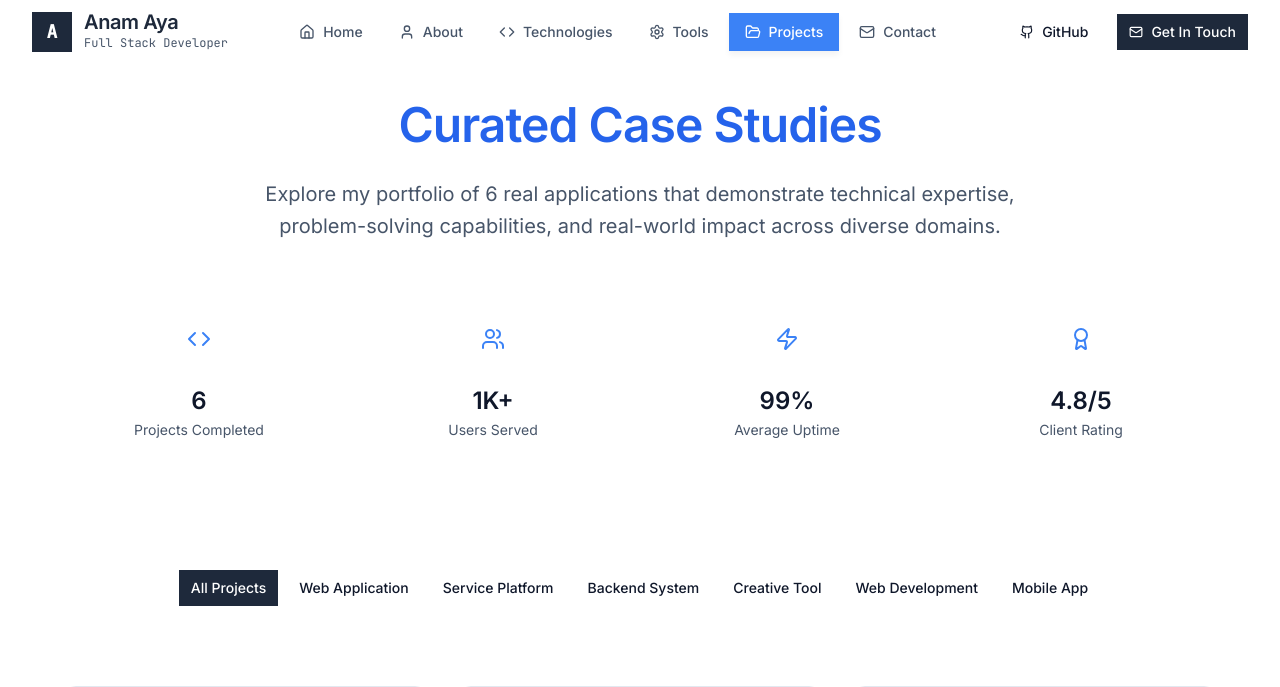
Repository: ayaaas/portflio_aya
Page: /projects-curated-case-studies
The author's editor kept a copy of each file at every save. The page is drawn from the files as they stood at one save, then again after the next save.
The browser window is 1280 px wide. The pictures show the part of the page from y = 0 to 687 px (the page is 2547 px tall).
Pictures or frames that could not be fetched are drawn as grey boxes. The project was rebuilt for these pictures with package versions that can differ from the ones it lists, and the page was loaded fresh each time. Also part of the build but not shown: vite.config.mjs, src/components/ErrorBoundary.jsx, src/pages/hero-section-developer-portfolio/components/ProfileImage.jsx, src/pages/hero-section-developer-portfolio/components/AnimatedText.jsx, src/pages/hero-section-developer-portfolio/components/HeroContent.jsx, src/pages/hero-section-developer-portfolio/components/BackgroundPattern.jsx, src/pages/hero-section-developer-portfolio/components/ScrollIndicator.jsx, src/pages/hero-section-developer-portfolio/index.jsx and 24 more.

Above is the page before, as saved 2025-07-18 23:54:33.

After the next save:
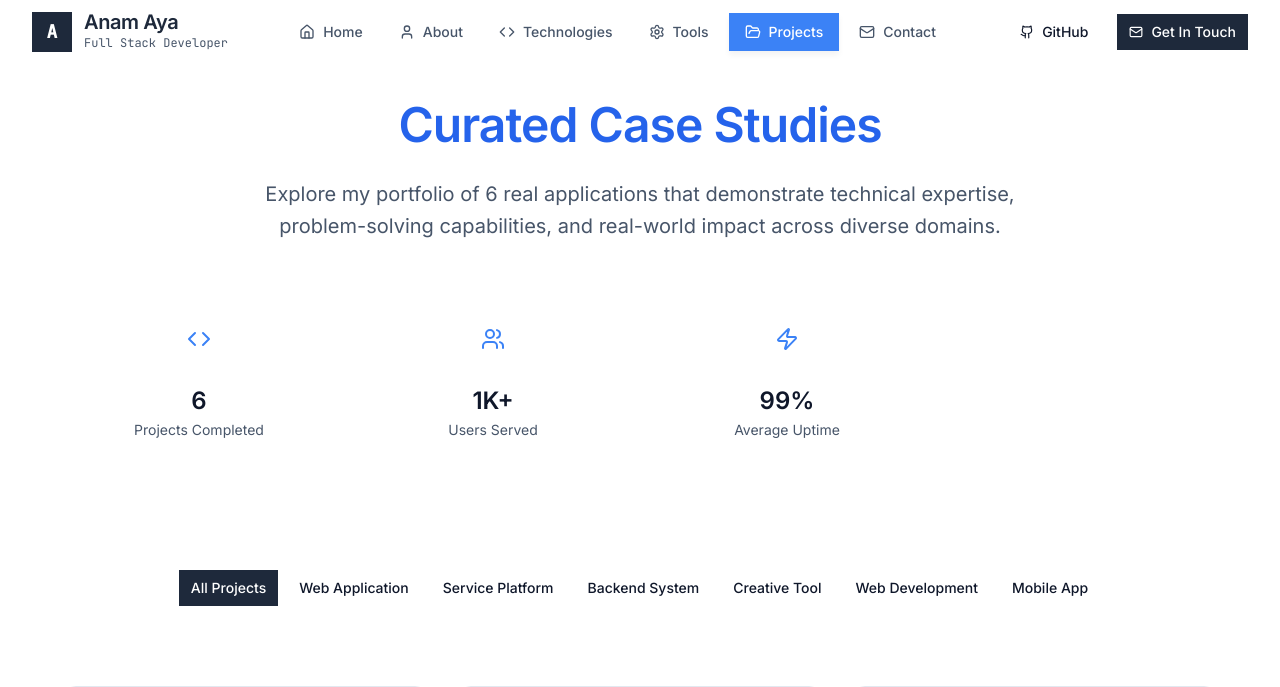
Saved 3 min 39 s later.
--- a/src/pages/projects-curated-case-studies/index.jsx
+++ b/src/pages/projects-curated-case-studies/index.jsx
@@ -204,7 +204,6 @@ const ProjectsCuratedCaseStudies = () => {
     { icon: "Code", value: "6", label: "Projects Completed" },
     { icon: "Users", value: "1K+", label: "Users Served" },
     { icon: "Zap", value: "99%", label: "Average Uptime" },
-    { icon: "Award", value: "4.8/5", label: "Client Rating" }
   ];
 
   // Get unique categories
